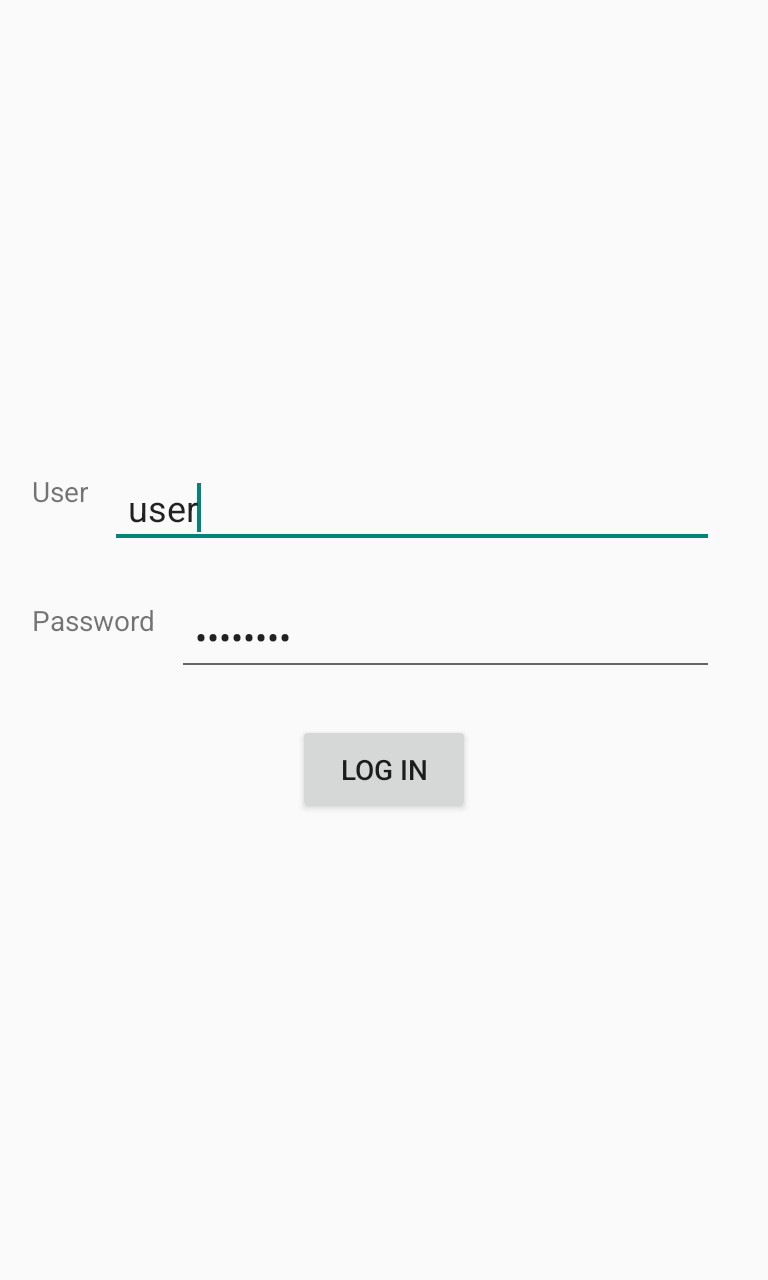
Repository: mgorski-mg/FunsCounter
Layout: FunsCounter/res/layout/login_fragment.xml
The author's editor kept a copy of each file at every save. The layout is drawn from the files as they stood at one save, then again after the next save.
It is drawn on a 768 x 1280 px phone screen (xhdpi) without system bars, with theme AppTheme; the app's code is not run.

Above is the layout before, as saved 2014-02-10 18:20:31.

After the next save:
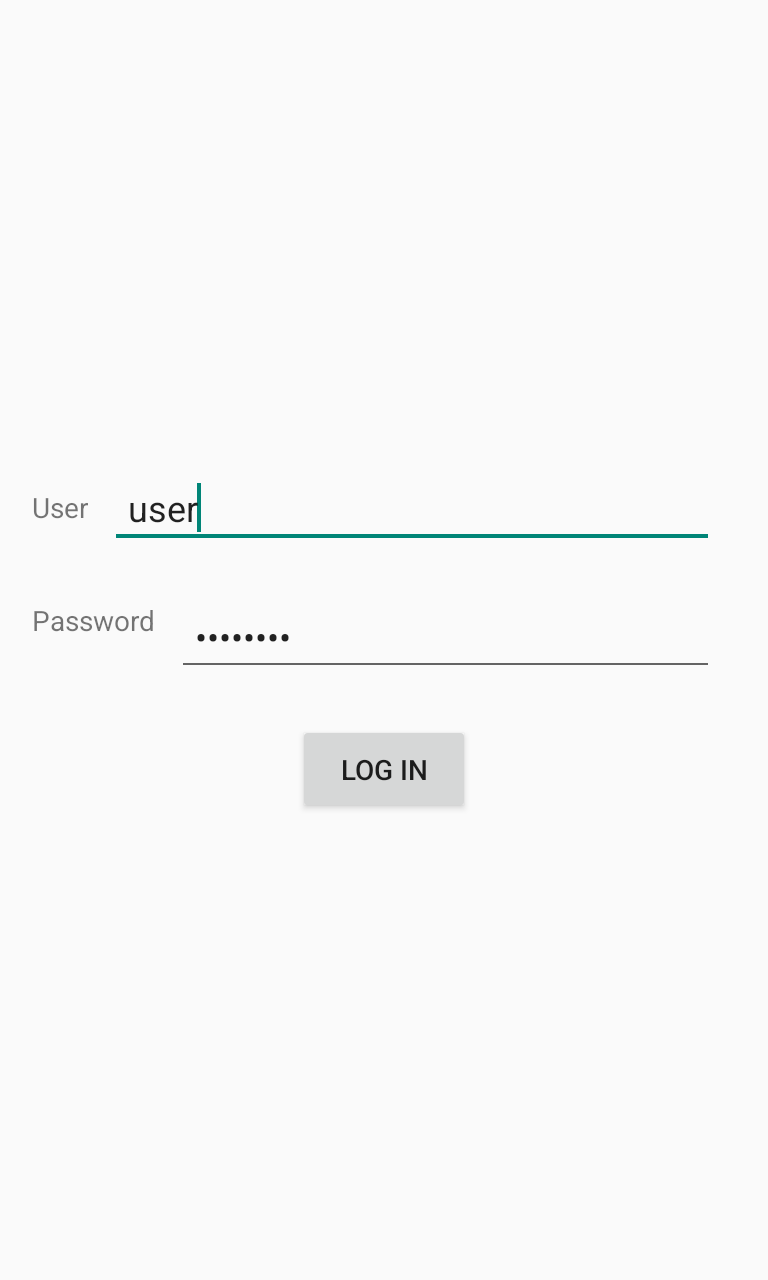
Saved 33 min 2 s later.
--- a/FunsCounter/res/layout/login_fragment.xml
+++ b/FunsCounter/res/layout/login_fragment.xml
@@ -11,7 +11,8 @@
 
         <TextView
             android:layout_width="wrap_content"
-            android:layout_height="wrap_content"
+            android:layout_height="fill_parent"
+            android:gravity="center"
             android:text="@string/user" />
 
         <EditText
